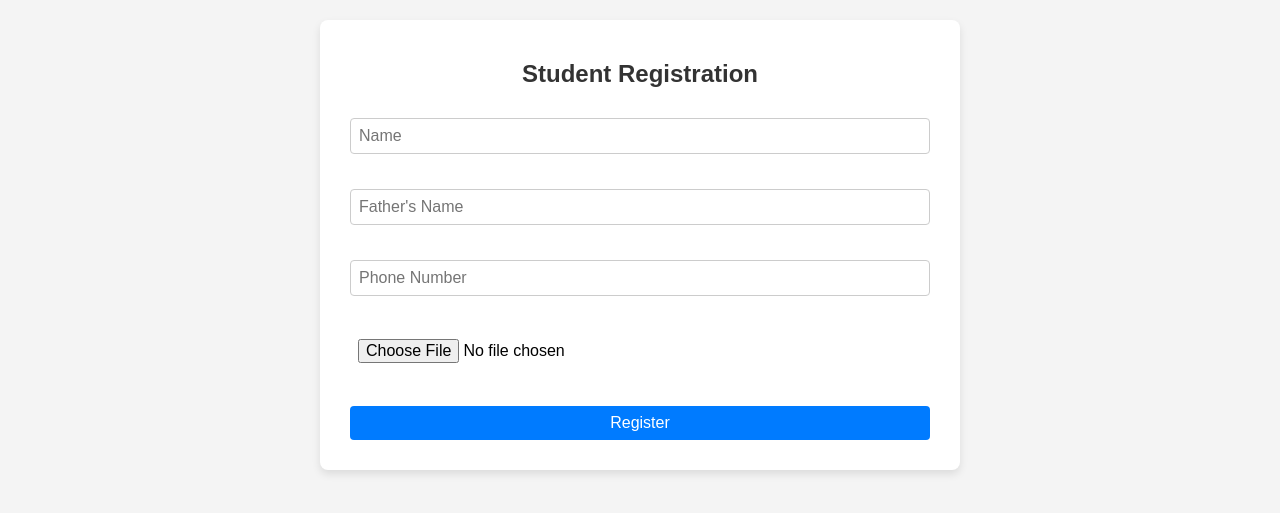
Repository: pripriya09/StudentID-Card-Download
Page: / (app in frontend/)
An editor plug-in stored every save of this project. The page is shown before and after the next save, followed by the edit.
The browser window is 1280 px wide. The pictures show the whole page.
The project was rebuilt for these pictures with package versions that can differ from the ones it lists, and the page was loaded fresh each time. Also part of the build but not shown: frontend/vite.config.js.

Above is the page before, as saved 2025-01-07 11:39:19.

### frontend/src/main.jsx
import React from 'react'
import ReactDOM from 'react-dom/client'
// import App from './App'
// import './index.css'
import Form from './Form.jsx'
// import IDCardForm from './copy form/IDCardForm.jsx'

ReactDOM.createRoot(document.getElementById('root')).render(
  <React.StrictMode>
    {/* <App /> */}
    <Form/>
    {/* <IDCardForm/> */}
  </React.StrictMode>,
)

### frontend/src/Form.jsx
import React, { useState } from "react";
import axios from "axios";
import "./App.css";
import jsPDF from "jspdf";

const Form = () => {
  const [formData, setFormData] = useState({
    name: "",
    fatherName: "",
    phoneNumber: "",
  });
  const [registrationNumber, setRegistrationNumber] = useState("");
  const [studentData, setStudentData] = useState(null);
  const [profileImage, setProfileImage] = useState(null); // For the uploaded image

  const handleSubmit = async (e) => {
    e.preventDefault();

    try {
      const response = await axios.post("http://localhost:6009/api/students", formData);
      const result = response.data;

      setStudentData({
        ...formData,
        registrationNumber: result.registrationNumber,
      });

      setFormData({
        name: "",
        fatherName: "",
        phoneNumber: "",
      });
    } catch (error) {
      console.error("Error sending data:", error);
    }
  };

  const handleChange = (e) => {
    setFormData({ ...formData, [e.target.name]: e.target.value });
  };

  const handleImageChange = (e) => {
    const file = e.target.files[0];
    if (file) {
      const reader = new FileReader();
      reader.onloadend = () => {
        setProfileImage(reader.result); // Set the image as base64 string
      };
      reader.readAsDataURL(file);
    }
  };

  const handleDownloadtext = () => {
    if (studentData) {
      const fileData = `
        Name: ${studentData.name}
        Father's Name: ${studentData.fatherName}
        Phone Number: ${studentData.phoneNumber}
        Registration Number: ${studentData.registrationNumber}`;
      const blob = new Blob([fileData], { type: "text/plain" });

      const link = document.createElement("a");
      link.href = URL.createObjectURL(blob);
      link.download = `${studentData.registrationNumber}_ID_Card.txt`;
      link.click();

      setFormData({
        name: "",
        fatherName: "",
        phoneNumber: "",
      });
      setStudentData(null);
    }
  };

  function handleDownloadPDF() {
    if (studentData) {
      let PDFdocument = new jsPDF();
      const studentInfo = `
        Student ID Card
        Name: ${studentData.name}
        Father's Name: ${studentData.fatherName}
        Phone: ${studentData.phoneNumber}
        Registration Number: ${studentData.registrationNumber}
      `;

      PDFdocument.text(studentInfo, 10, 10);
      PDFdocument.save(`${studentData.registrationNumber}_ID_Card.pdf`);
      PDFdocument = null;
    }
  }

  return (
    <div className="App">
      <h2>Student Registration</h2>

      <form onSubmit={handleSubmit}>
        <input
          type="text"
          name="name"
          placeholder="Name"
          value={formData.name}
          onChange={handleChange}
          required
        />
        <input
          type="text"
          name="fatherName"
          placeholder="Father's Name"
          value={formData.fatherName}
          onChange={handleChange}
          required
        />
        <input
          type="tel"
          name="phoneNumber"
          placeholder="Phone Number"
          value={formData.phoneNumber}
          onChange={handleChange}
          required
        />
        {/* Upload profile image */}
        <input type="file" onChange={handleImageChange} accept="image/*" />
        <button type="submit">Register</button>
      </form>

      {studentData && (
        <div className="id-card">
          <h3>ID Card</h3>
          {/* Display the profile image */}
          <div className="profile-image">
            {profileImage ? (
              <img src={profileImage} alt="Profile" />
            ) : (
              <img src="https://via.placeholder.com/150" alt="Demo Image" />
            )}
          </div>
          <p>Name: {studentData.name}</p>
          <p>Father's Name: {studentData.fatherName}</p>
          <p>Phone Number: {studentData.phoneNumber}</p>
          <p>Registration Number: {studentData.registrationNumber}</p>
          <button onClick={handleDownloadtext}>Download Card In txtfile</button>
          <button onClick={handleDownloadPDF}>Download Card In PDF</button>
        </div>
      )}
    </div>
  );
};

export default Form;

### frontend/src/App.css
.App {
  text-align: center;
  font-family: Arial, sans-serif;
}

form input, form button {
  margin: 10px;
  padding: 8px;
}

/* General styling */
body {
  font-family: Arial, sans-serif;
  background-color: #f4f4f4;
  margin: 0;
  padding: 0;
}

.App {
  max-width: 600px;
  margin: 20px auto;
  padding: 20px;
  background-color: #fff;
  border-radius: 8px;
  box-shadow: 0 4px 8px rgba(0, 0, 0, 0.1);
}

h2 {
  text-align: center;
  color: #333;
}

form {
  display: flex;
  flex-direction: column;
  gap: 15px;
}

input {
  padding: 10px;
  border: 1px solid #ccc;
  border-radius: 4px;
  font-size: 16px;
}

input[type="file"] {
  border: none;
  background-color: transparent;
}

button {
  padding: 12px;
  background-color: #4CAF50;
  color: white;
  border: none;
  border-radius: 4px;
  font-size: 16px;
  cursor: pointer;
}

button:hover {
  background-color: #45a049;
}

h3 {
  text-align: center;
  color: #333;
}

.id-card {
  margin-top: 30px;
  padding: 20px;
  background-color: #fafafa;
  border-radius: 8px;
  border: 1px solid #ddd;
  box-shadow: 0 2px 4px rgba(0, 0, 0, 0.1);
}

.id-card p {
  font-size: 16px;
  color: #333;
}

.profile-image {
  text-align: center;
  margin-bottom: 15px;
}

.profile-image img {
  border-radius: 50%;
  width: 150px;
  height: 150px;
  object-fit: cover;
  margin-bottom: 20px;
}

button {
  display: inline-block;
  margin-top: 10px;
  background-color: #007bff;
}

button:hover {
  background-color: #0056b3;
}

button + button {
  margin-left: 10px;
}

Loaded but not shown: frontend/index.html (common file)

After the next save:
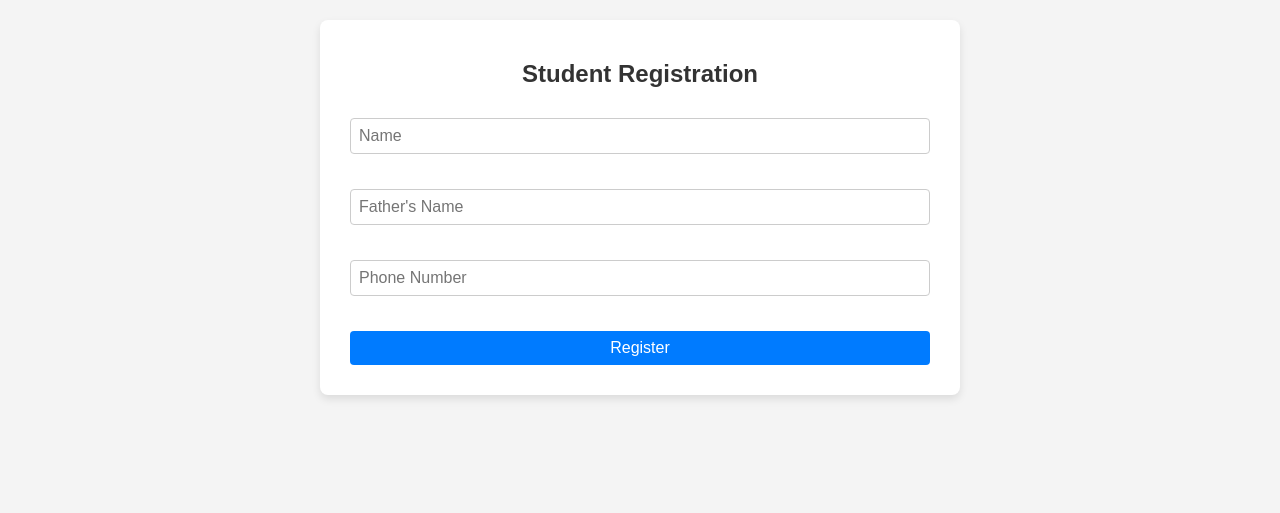
Saved 7 s later.
--- a/frontend/src/Form.jsx
+++ b/frontend/src/Form.jsx
@@ -1,8 +1,7 @@
 import React, { useState } from "react";
 import axios from "axios";
-import "./App.css";
+import "./App.css"
 import jsPDF from "jspdf";
-
 const Form = () => {
   const [formData, setFormData] = useState({
     name: "",
@@ -11,19 +10,22 @@ const Form = () => {
   });
   const [registrationNumber, setRegistrationNumber] = useState("");
   const [studentData, setStudentData] = useState(null);
-  const [profileImage, setProfileImage] = useState(null); // For the uploaded image
+  const[imageURL,setImageURL] =useState()
 
   const handleSubmit = async (e) => {
     e.preventDefault();
 
     try {
+
       const response = await axios.post("http://localhost:6009/api/students", formData);
       const result = response.data;
+
 
       setStudentData({
         ...formData,
         registrationNumber: result.registrationNumber,
       });
+
 
       setFormData({
         name: "",
@@ -39,19 +41,48 @@ const Form = () => {
     setFormData({ ...formData, [e.target.name]: e.target.value });
   };
 
-  const handleImageChange = (e) => {
-    const file = e.target.files[0];
-    if (file) {
-      const reader = new FileReader();
-      reader.onloadend = () => {
-        setProfileImage(reader.result); // Set the image as base64 string
-      };
-      reader.readAsDataURL(file);
-    }
-  };
+
+//   const handleSearch = async (e) => {
+//     e.preventDefault();
+
+//     try {
+//       const response = await axios.get(`http://localhost:6009/api/students/${registrationNumber}`);
+//       const result = response.data;
+
+
+//       if (result) {
+//         setStudentData(result);
+//       } else {
+//         alert("Student not found!");
+//       }
+
+//       setRegistrationNumber("");
+//     } catch (error) {
+//       console.error("Error fetching data:", error);
+//     }
+//   };
+
+//  const handleDownload = () => {
+//     if (studentData) {
+//       const fileData = JSON.stringify(studentData, null, 2);
+//       const blob = new Blob([fileData], { type: "application/json" });
+//       const link = document.createElement("a");
+//       link.href = URL.createObjectURL(blob);
+//       link.download = `${studentData.registrationNumber}_ID_Card.json`; // Filename based on registration number
+//       link.click();
+
+//       setFormData({
+//         name: "",
+//         fatherName: "",
+//         phoneNumber: "",
+//       });
+//       setStudentData(null);
+//     }
+//   };
 
   const handleDownloadtext = () => {
     if (studentData) {
+
       const fileData = `
         Name: ${studentData.name}
         Father's Name: ${studentData.fatherName}
@@ -73,6 +104,7 @@ const Form = () => {
     }
   };
 
+
   function handleDownloadPDF() {
     if (studentData) {
       let PDFdocument = new jsPDF();
@@ -93,6 +125,7 @@ const Form = () => {
   return (
     <div className="App">
       <h2>Student Registration</h2>
+
 
       <form onSubmit={handleSubmit}>
         <input
@@ -119,28 +152,32 @@ const Form = () => {
           onChange={handleChange}
           required
         />
-        {/* Upload profile image */}
-        <input type="file" onChange={handleImageChange} accept="image/*" />
         <button type="submit">Register</button>
       </form>
 
+
+      {/* <h2>Search by Registration Number</h2>
+      <form onSubmit={handleSearch}>
+        <input
+          type="text"
+          placeholder="Enter Registration Number"
+          value={registrationNumber}
+          onChange={(e) => setRegistrationNumber(e.target.value)}
+          required
+        />
+        <button type="submit">Search</button>
+      </form> */}
+{/* --------------------------------------------------display data -->> */}
       {studentData && (
         <div className="id-card">
           <h3>ID Card</h3>
-          {/* Display the profile image */}
-          <div className="profile-image">
-            {profileImage ? (
-              <img src={profileImage} alt="Profile" />
-            ) : (
-              <img src="https://via.placeholder.com/150" alt="Demo Image" />
-            )}
-          </div>
           <p>Name: {studentData.name}</p>
           <p>Father's Name: {studentData.fatherName}</p>
           <p>Phone Number: {studentData.phoneNumber}</p>
           <p>Registration Number: {studentData.registrationNumber}</p>
-          <button onClick={handleDownloadtext}>Download Card In txtfile</button>
-          <button onClick={handleDownloadPDF}>Download Card In PDF</button>
+          {/* <button onClick={handleDownload}>Download ID Card</button> */}
+           <button onClick={handleDownloadtext}>Download Card In txtfile</button>
+           <button onClick={handleDownloadPDF}>Download Card In PDF</button>
         </div>
       )}
     </div>
